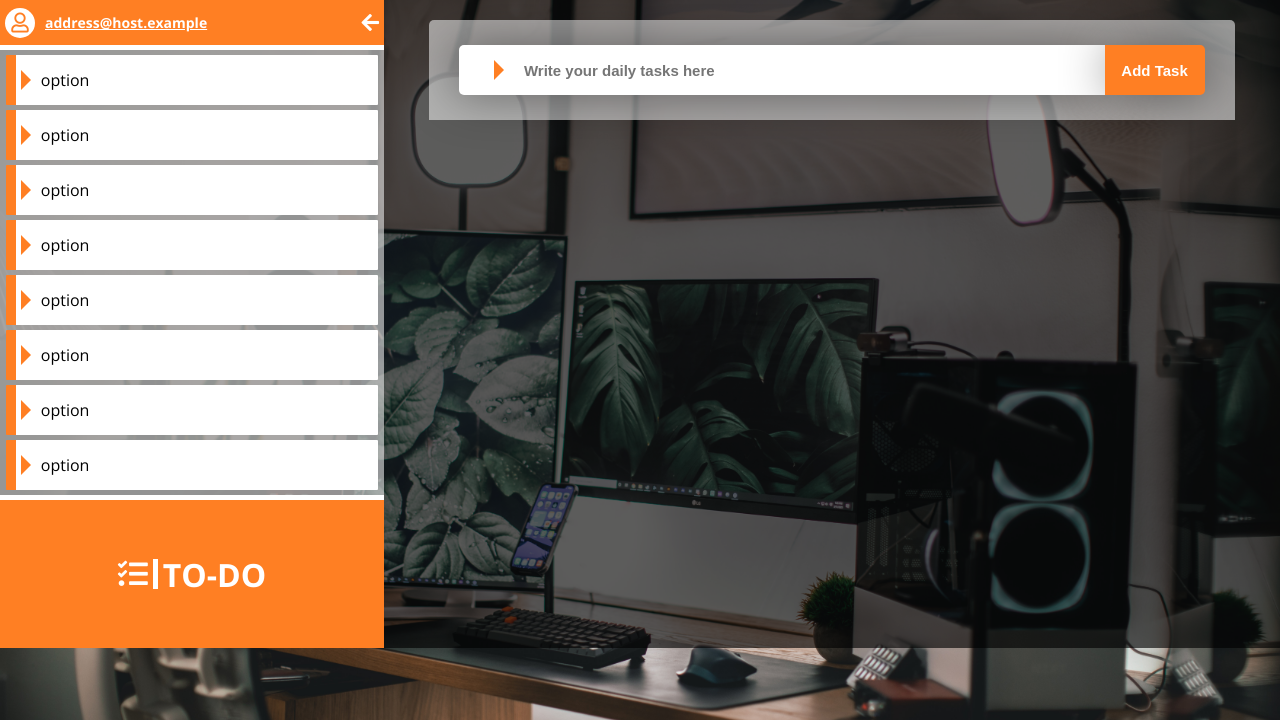
Repository: OmarEssameldinMousa/To-do-list-level01
Page: index.html
An editor plug-in stored every save of this project. The page is shown before and after the next save, followed by the edit.
The browser window is 1280 px wide. The pictures show the whole page.

Above is the page before, as saved 2023-08-08 12:58:36.

### index.html
<!DOCTYPE html>
<html lang="en">

<head>
    <meta charset="UTF-8">
    <meta name="viewport" content="width=device-width, initial-scale=1.0">
    <title>ToDo</title>
    <link rel="stylesheet" href="main.css">
    <link rel="preconnect" href="https://fonts.gstatic.com" />
    <link rel="stylesheet" href="css/all.min.css">
    <link href="https://fonts.googleapis.com/css2?family=Open+Sans:wght@400;700&display=swap" rel="stylesheet" />
</head>

<body>
    <div class="dashboard">
        <div class="nav">
            <div class="navigation">
                <div class="profile">
                    <div class="profile-pic">
                        <i class="fa-regular fa-user"></i>
                    </div>
                    <h3>address@host.example</h3>
                    <i class="fa-solid fa-bars" style="color: #ffffff;"></i>
                    <i class="fa-solid fa-arrow-right" style="color: #ffffff;"></i>
                    <i class="fa-solid fa-arrow-left" style="color: #ffffff;"></i>
                </div>
                <ul>
                    <li>
                        <span class="toggle"></span>
                        <span class="title">option</span>
                    </li>
                    <li>
                        <span class="toggle"></span>
                        <span class="title">option</span>
                    </li>
                    <li>
                        <span class="toggle"></span>
                        <span class="title">option</span>
                    </li>
                    <li>
                        <span class="toggle"></span>
                        <span class="title">option</span>
                    </li>
                    <li>
                        <span class="toggle"></span>
                        <span class="title">option</span>
                    </li>
                    <li>
                        <span class="toggle"></span>
                        <span class="title">option</span>
                    </li>
                    <li>
                        <span class="toggle"></span>
                        <span class="title">option</span>
                    </li>
                    <li>
                        <span class="toggle"></span>
                        <span class="title">option</span>
                    </li>
                </ul>
                <div class="footer">
                    <i class="fa-solid fa-list-check"></i>
                    <span></span>
                    <h1>TO-DO</h1>
                </div>
            </div>
        </div>
        <div class="workstation">
            <div class="container">
                <div class="form">
                    <div>
                        <span></span>
                        <input type="text" class="input" placeholder="Write your daily tasks here">
                    </div>
                    <input type="submit" class="add" value="Add Task">
                </div>
                <!-- separator -->
                <div class="tasks">
                    <div class="tasks-numbers">

                    </div>
                    <div class="tasks-container">

                    </div>
                </div>
            </div>
        </div>
    </div>
    <script src="main.js"></script>
</body>

</html>

### main.css
:root {
    --main-color: rgba(235, 235, 235, 0.6);
    --secondery-color: #ff7f23;
}

* {
    -webkit-box-sizing: border-box;
    -moz-box-sizing: border-box;
    box-sizing: border-box;
    padding: 0;
    margin: 0;
}

body {
    font-family: "Open Sans", sans-serif;
    background-image: url(backgroundimage.jpg);
    background-repeat: no-repeat;
    background-size: cover;
    position: relative;
    height: 100%;
}

body::before {
    content: "";
    width: 100%;
    height: 100%;
    background-color: rgba(0, 0, 0, 0.629);
    position: absolute;
    top: 0;
    left: 0;
    z-index: -1;
}

ul {
    list-style: none;
}


.dashboard {
    display: flex;
    height: 100%;
    width: 100%;
    column-gap: 0px;
}

.nav {
    min-width: 30%;
    height: 100%;
    position: relative;
}

.nav .navigation {
    height: 100%;
    width: 100%;
    background: var(--main-color);
}

.nav .navigation .profile {
    width: 100%;
    height: 50px;
    background-color: var(--secondery-color);
    display: flex;
    align-items: center;
    border-bottom: 5px solid white;
}

.nav .navigation .profile .profile-pic {
    border-radius: 50%;
    background-color: white;
    height: 30px;
    width: 30px;
    display: flex;
    align-items: center;
    justify-content: center;
    margin-left: 5px;

}

.nav .navigation .profile i {
    font-size: 20px;
    color: var(--secondery-color);
}

.nav .navigation .profile h3 {
    font-size: 14px;
    padding-left: 10px;
    text-decoration: underline;
    color: white;
}

.nav .navigation ul {
    width: 97%;
    margin: auto;
    margin-top: 5px;
}

.nav .navigation ul li {
    padding: 5px;
    height: 50px;
    background-color: white;
    margin-bottom: 5px;
    border-radius: 1px;
    border-left: 10px solid #ff7f23;
    display: flex;
    align-items: center;
    transition: 0.3s;

}


.nav .navigation ul li:hover .toggle {
    padding-left: 10px;
}

.navigation .footer {
    width: 100%;
    height: 153px;
    background-color: #ff7f23;
    display: flex;
    align-items: center;
    justify-content: center;
    border-top: 5px solid white;
    column-gap: 5px;
}

.navigation .footer i {
    font-size: 30px;
    color: white;
}

.navigation .footer h1 {
    color: white;
}

.navigation .footer span {
    height: 30px;
    width: 5px;
    background-color: white;
}

li .toggle {
    border: 10px solid var(--secondery-color);
    border-color: transparent transparent transparent #ff7f23;
    transition: 0.3s;
}

.workstation {
    width: 76%;
    height: 100%;
    position: relative;
    flex: 1;
}

.container {
    width: 100%;
    min-height: 50px;
    background-color: transparent;
    z-index: 1;
    position: absolute;
}

.container .form {
    width: 90%;
    height: 100px;
    background-color: var(--main-color);
    margin: 20px auto;
    border-top-right-radius: 5px;
    border-top-left-radius: 5px;
    text-align: center;
    position: relative;
    display: flex;
    justify-content: center;
    align-items: center;
}

.container .tasks {
    width: 90%;
    background-color: var(--main-color);
    margin: 20px auto;
    display: flex;
    border-bottom-left-radius: 5px;
    border-bottom-right-radius: 5px;
}

.container .form .input,
.container .form .add {
    display: block;
    height: 50px;
}

.container .form div {
    width: 80%;
    border-bottom-left-radius: 5px;
    border-top-left-radius: 5px;
    border: 0px solid;
    box-shadow: -5px 0 50px 0px #00000073;
    background-color: white;
    display: flex;
    justify-content: flex-end;
    align-items: center;
}

.container .form div span {
    border: 10px solid #ff7f23;
    border-color: transparent transparent transparent #ff7f23;
    margin-right: 10px;
}

.container .form div .input {
    outline: 0;
    font-size: 15px;
    border: 0px solid;
    font-weight: bold;
    width: 90%;
}

.container .form .add {
    width: 100px;
    border: 0px solid;
    background-color: #ff7f23;
    color: white;
    font-weight: bold;
    font-size: 15px;
    border-bottom-right-radius: 5px;
    border-top-right-radius: 5px;
    box-shadow: 5px 0 50px 0px #00000073;
}

.container .tasks .tasks-container {
    width: 80%;
    display: flex;
    flex-direction: column;
    align-items: center;
    align-content: center;
    flex: 1;
}

.container .tasks .tasks-container .task {
    width: 80%;
    height: 50px;
    border-radius: 5px;
    border: 0px solid;
    box-shadow: -5px 0 50px 0px #00000073;
    background-color: white;
    margin: 10px 0;
    position: relative;
    display: flex;
    align-items: center;
}

.container .tasks .tasks-container .task i {
    margin-left: 10px;
    margin-right: 10px;
    color: var(--secondery-color);
}


.container .tasks .tasks-container .task::after {
    content: "";
    width: 10%;
    height: 100%;
    background-color: #ff7f23;
    position: absolute;
    top: 0;
    left: 90%;
    z-index: 0;
    border-top-right-radius: 5px;
    border-bottom-right-radius: 5px;
}

.container .tasks .tasks-container .task i:first-of-type {
    position: absolute;
    right: 4%;
    top: 50%;
    transform: translateY(-50%);
    color: white;
    z-index: 1;
    font-size: 20px;
}

.container .tasks .tasks-container .task i:last-of-type {
    position: absolute;
    right: 0%;
    top: 50%;
    transform: translateY(-50%);
    color: white;
    z-index: 1;
    font-size: 20px;
}

.container .tasks .tasks-numbers {
    width: 50px;
    display: flex;
    align-items: center;
    flex-direction: column;
}


.tasks-numbers .repated-line-circle {
    width: 2px;
    height: 70px;
}

.tasks-numbers .line-circle {
    display: flex;
    flex-direction: column;
    width: 100%;
    height: 100%;
    justify-content: space-between;
    align-items: center;
}

.tasks-numbers .line-circle .upper-line {
    width: 100%;
    height: 40%;
    background-color: white;
}

.tasks-numbers .line-circle .circle {
    font-family: 'VT323', monospace;
    width: 20px;
    height: 20px;
    background-color: #ff7f23;
    border-radius: 50%;
    text-align: center;
    position: relative;
    transition: 0.3s;
    animation: gradient-animation 5s infinite alternate;
    border: 1px solid white;
}


.tasks-numbers .line-circle .circle p {
    position: absolute;
    left: 50%;
    top: 50%;
    transform: translate(-50%, -50%);
    font-size: 14px;
    color: white;
}

.line-circle .circle p a {
    text-decoration: none;
}

.tasks-numbers .line-circle .lower-line {
    width: 2px;
    height: 40%;
    background-color: white;
}

.nav .navigation .profile i.fa-solid.fa-bars {
    position: absolute;
    right: 5px;
    display: none;
}

.nav .navigation .profile i.fa-arrow-left {
    position: absolute;
    right: 5px;

}

.nav .navigation .profile i.fa-arrow-right {
    position: absolute;
    right: 5px;
    display: none;
}

@media (max-width: 767px) {
    body {
        background-image: none;
    }

    .dashboard {
        flex-direction: column;
    }

    .nav {
        width: 100%;
        height: 50px;
        z-index: 2;
    }

    .navigation {
        width: 100%;
        position: absolute;
        background-color: #ff7f23;
    }

    .nav .navigation ul {
        width: 100%;
        display: none;
    }

    .nav .navigation ul li {
        border: none;
        margin: 0;
    }

    .navigation .footer {
        display: none;
    }

    .nav .navigation .profile i.fa-solid.fa-bars {
        display: inline-block;
    }
}

/* Small */
@media (min-width: 768px) {}

/* Medium */
@media (min-width: 992px) {}

/* Large */
@media (min-width: 1200px) {}

### main.js
let counter = 1;
let counterarray = [];
let tasksDiv = document.querySelector(".tasks-container");
let tasksnumbersDiv = document.querySelector(".tasks-numbers");
let inputbox = document.querySelector(".input");
let inputboxValue = inputbox.value;
let inputbtn = document.querySelector(".add");
let idtentity = 0;
let list = [];
let menu_bars = document.querySelector("i.fa-solid.fa-bars")
let optionsul = document.querySelector(".nav .navigation ul")

function createTaskDiv_NumberDiv() {
    if (inputbox.value != "") {
        let inputbox = document.querySelector(".input");
        let inputboxValue = inputbox.value;
        counterarray.push(counter);
        // craeting task divs
        let taskDiv = document.createElement("div");
        taskDiv.className = "task";
        let i1 = document.createElement("i");
        i1.className = "fa-regular fa-square-check";
        let i2 = document.createElement("i");
        i2.className = "fa-solid fa-clock";
        let i3 = document.createElement("i");
        i3.className = "fa-regular fa-trash-can";
        i3.setAttribute("index", counterarray.length - 1);
        let tasktitle = document.createElement("h4");
        tasktitle.innerHTML = inputboxValue;
        // nesting all childs under each parent
        tasksDiv.appendChild(taskDiv);
        taskDiv.appendChild(i1);
        taskDiv.appendChild(i2);
        taskDiv.appendChild(i3);
        taskDiv.appendChild(tasktitle);
        //creating the numbering divs
        let repatedlinecircleDiv = document.createElement("div");
        repatedlinecircleDiv.className = "repated-line-circle";
        let linecirclediv = document.createElement("div");
        linecirclediv.className = "line-circle";
        let upperlinediv = document.createElement("div");
        upperlinediv.className = "upper-line";
        let circlediv = document.createElement("div");
        circlediv.className = "circle";
        let circleparacontent = document.createElement("p");
        circleparacontent.innerHTML = `${counterarray.length}`;
        let lowerlinediv = document.createElement("div");
        lowerlinediv.className = "lower-line";
        //nesting all childs under each parent
        tasksnumbersDiv.appendChild(repatedlinecircleDiv);
        repatedlinecircleDiv.appendChild(linecirclediv);
        linecirclediv.appendChild(upperlinediv);
        linecirclediv.appendChild(circlediv);
        circlediv.appendChild(circleparacontent);
        linecirclediv.appendChild(lowerlinediv);
        // after adjustments
        list.push({ "id": idtentity, "title": inputbox.value, });
        window.localStorage.setItem("tasks", JSON.stringify(list));
        inputbox.value = "";
        counter++;
        idtentity++;
        inputbox.focus();
    }
}

inputbtn.addEventListener("click", createTaskDiv_NumberDiv);

document.addEventListener("click", function (e) {
    if (e.target.className === "fa-regular fa-trash-can") {
        let n = 1;
        // deleting from BOM - local storage
        let storedTasks = JSON.parse(window.localStorage.getItem("tasks"))
        storedTasks.filter(a => a.id != e.index);
        list = storedTasks;
        window.localStorage.clear()
        window.localStorage.setItem("tasks", JSON.stringify(storedTasks));
        // deleting from the DOM
        e.target.parentElement.parentElement.previousElementSibling.lastChild.remove();
        counterarray.pop();
        counter--;
        e.target.parentElement.remove();
        document.querySelectorAll(".circle p").forEach(element => {
            element.innerHTML = n;
            n++;
        });
    }
})

menu_bars.addEventListener("click", function () {
    if (optionsul.style.display == "block") {
        optionsul.style.display = "none"
    } else {
        optionsul.style.display = "block"
    }
})

Loaded but not shown: css/all.min.css (library)

After the next save:
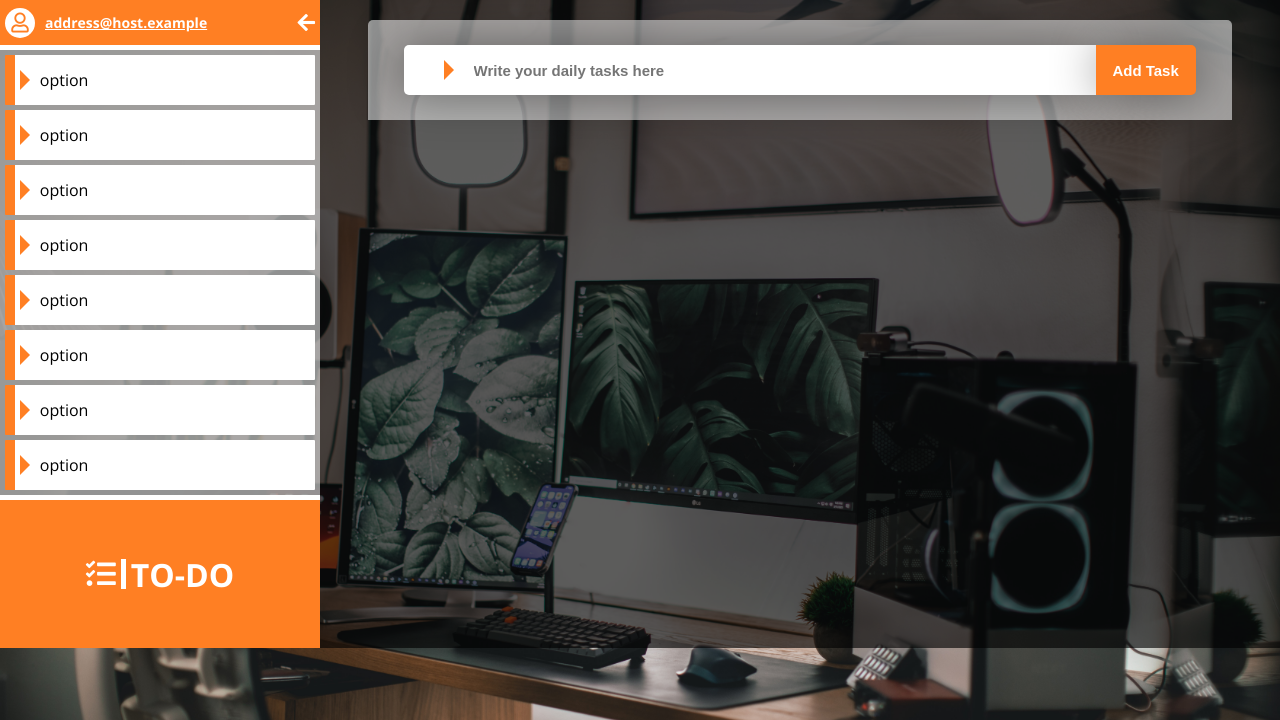
Saved 27 s later.
--- a/main.css
+++ b/main.css
@@ -44,7 +44,7 @@ ul {
 }
 
 .nav {
-    min-width: 30%;
+    min-width: 25%;
     height: 100%;
     position: relative;
 }
